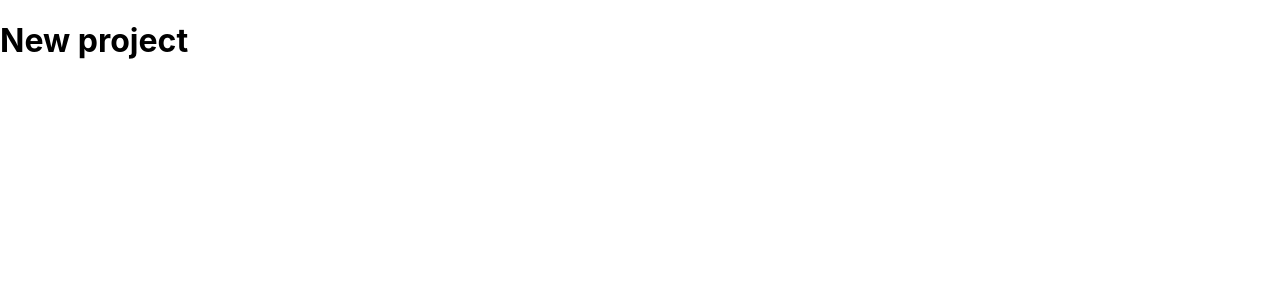
Repository: Syfon01/onestop
Page: /
An editor plug-in stored every save of this project. The page is shown before and after a run of saves, followed by the edit.
The browser window is 1280 px wide. The pictures show the whole page.
The project was rebuilt for these pictures with package versions that can differ from the ones it lists, and the page was loaded fresh each time. Also part of the build but not shown: src/App.css.

Above is the page before, as saved 2020-07-24 16:04:05.

### src/App.js
import React from 'react';
import './App.css';
import HomePage from './Homepage'

function App() {
  return (
    <div className="">
      <h1>New project</h1>
    </div>
  );
}

export default App;

### src/Homepage.js
import React from 'react'

const HomePage = () => {
  <div className="homepage">
    <div className="menu-item">
      <div className="content">
        <div className="title">Hats</div>
        <div className="subtitle">Shop Now</div>
      </div>
    </div>
    <div className="menu-item">
      <div className="content">
        <div className="title">Shirts</div>
        <div className="subtitle">Shop Now</div>
      </div>
    </div>
    <div className="menu-item">
      <div className="content">
        <div className="title">Polo</div>
        <div className="subtitle">Shop Now</div>
      </div>
    </div>
    <div className="menu-item">
      <div className="content">
        <div className="title">Men</div>
        <div className="subtitle">Shop Now</div>
      </div>
    </div>
    <div className="menu-item">
      <div className="content">
        <div className="title">Women</div>
        <div className="subtitle">Shop Now</div>
      </div>
    </div>

  </div>
}

export default HomePage

Loaded but not shown: public/index.html (common file); src/index.js (common file); src/index.css (common file)

After the next 13 saves:
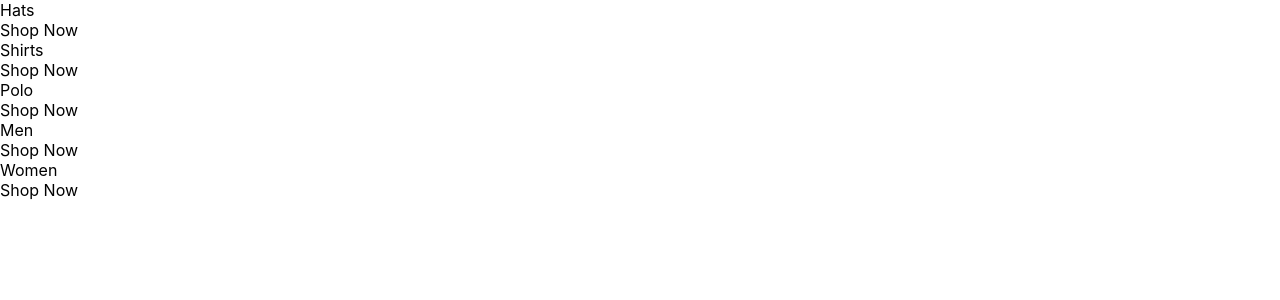
The 13 saves are shown as one change because 4 did not build or start and some came seconds apart.
The last was saved 62 s later.
--- a/src/App.js
+++ b/src/App.js
@@ -4,9 +4,7 @@ import HomePage from './Homepage'
 
 function App() {
   return (
-    <div className="">
-      <h1>New project</h1>
-    </div>
+    <HomePage/>
   );
 }
 
--- a/src/Homepage.js
+++ b/src/Homepage.js
@@ -1,6 +1,7 @@
 import React from 'react'
 
 const HomePage = () => {
+  return (
   <div className="homepage">
     <div className="menu-item">
       <div className="content">
@@ -32,8 +33,8 @@ const HomePage = () => {
         <div className="subtitle">Shop Now</div>
       </div>
     </div>
-
-  </div>
+    </div>
+  )
 }
 
 export default HomePage
